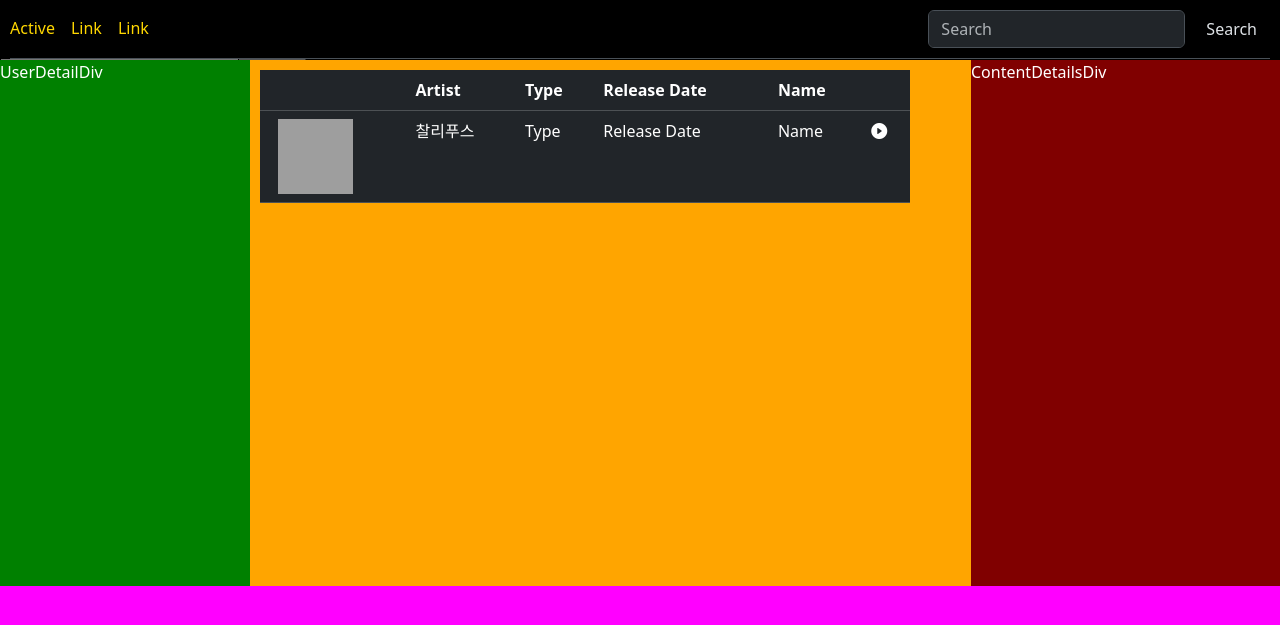
Repository: budflower44/My_Music_Life
Page: http://localhost/my_music_life/WEB-INF/views/mml/main.jsp
The author's editor kept a copy of each file at every save. The page is drawn from the files as they stood at one save, then again after the next save.
The browser window is 1280 px wide. The pictures show the whole page.
Pictures or frames that could not be fetched are drawn as grey boxes. The page is served by Tomcat 9. Nobody is signed in. Other server files are loaded and not shown. The template is opened directly, without the code that normally fills it, so the values that code supplies are empty.

Above is the page before, as saved 2024-02-16 05:35:09.

### my_music_life/src/main/webapp/WEB-INF/views/mml/main.jsp
<%@ page language="java" contentType="text/html; charset=UTF-8"
    pageEncoding="UTF-8"%>
<!DOCTYPE html>
<html>
<head>
<meta charset="UTF-8">
<title>Insert title here</title>
</head>
<link rel="stylesheet" href="https://cdn.jsdelivr.net/npm/bootstrap-icons@1.10.5/font/bootstrap-icons.css">
<link href="https://cdn.jsdelivr.net/npm/bootstrap@5.3.1/dist/css/bootstrap.min.css" rel="stylesheet" integrity="sha384-4bw+/aepP/YC94hEpVNVgiZdgIC5+VKNBQNGCHeKRQN+PtmoHDEXuppvnDJzQIu9" crossorigin="anonymous">
<script src="https://cdn.jsdelivr.net/npm/@popperjs/core@2.11.8/dist/umd/popper.min.js" integrity="sha384-I7E8VVD/ismYTF4hNIPjVp/Zjvgyol6VFvRkX/vR+Vc4jQkC+hVqc2pM8ODewa9r" crossorigin="anonymous"></script>
<script src="https://cdn.jsdelivr.net/npm/bootstrap@5.3.1/dist/js/bootstrap.min.js" integrity="sha384-Rx+T1VzGupg4BHQYs2gCW9It+akI2MM/mndMCy36UVfodzcJcF0GGLxZIzObiEfa" crossorigin="anonymous"></script>
<style>
body{
	background-color : black;
	color: white;
	padding: 0;
	margin: 0;
}
.parentsDiv{
	height: 100vh;
	width: 100vw;
	display: flex;
	flex-direction: column;
}
.HeaderDiv{
	height: 60px;
}
.MidDiv{
	height: calc(100vh - 214px);
	min-height: calc(100vh - 194px);
	display:flex;
}
.FooterDiv{
	background-color: fuchsia;
	height: 154px;
	padding: 0;
	margin: 0;
	position:sticky;
	top: calc(100vh - 214px);
}
.SearchLineDiv{

}
.UserDetailDiv{
	background-color: green;
	width: 250px;
	min-width: 250px;
}
.ContentsDiv{
	background-color: orange;
	width: 100%;
	height:calc(100vw-550px);
	display: flex;
	justify-content: space-between;
	overflow: scroll;
}
.ContentDiv{
	background-color: lime;
	width: 70%;
	height: calc(100vw-550px);
	overflow: scroll;
	align-items: flex-start;
}
.ContentDetailsDiv{
	background-color: maroon;
	width: 30%;
	min-width: 300px;
	height: 100%
}
.MusicBox{
	background-color: navy;
	padding: 0;
	margin: 0;

}
.searchDiv{
	background-color: black;
	width: 650px;
	height: 75px;
	margin: 10px;
}
.searchDiv img{
	margin-left: 10px;
}
.searchDiv span{
	text-align: center;
}
.playIcon {
	display: inline;
}

.navDiv{
	position:sticky;
	padding-left: 10px;
	padding-right: 10px;
}
.nav-link{
	color: gold;
}
.nav-link:hover {
	color: white;
}
.navbar{
	background-color: black;
}
.table{
	max-width: 650px;
}
</style>
<body>
<div class="parentsDiv">
	<div class="HeaderDiv">
		<div class="SearchLineDiv">
				<div class="navDiv">
					<nav class="navbar border-bottom border-body" data-bs-theme="dark">
						<ul class="nav nav-underline justify-content-end">
							<li class="nav-item"><a class="nav-link" aria-current="page" href="#">Active</a></li>
							<li class="nav-item"><a class="nav-link" href="#">Link</a></li>
							<li class="nav-item"><a class="nav-link" href="#">Link</a></li>
						</ul>
						<form class="d-flex" role="search">
        					<input class="form-control me-2 " id="searchKeyword" type="search" placeholder="Search" aria-label="Search">
        					<button class="btn" type="button" id="searchBtn">Search</button>
      					</form>
					</nav>
				</div>
				<input type="text" id="searchKeyword"><button type="button" id="searchBtn">Search</button>
		</div>
	</div>
	<div class="MidDiv">
		<div class="UserDetailDiv">UserDetailDiv</div>
		<div class="ContentsDiv">
			<div class="contentDiv">
				<div class="searchDiv">
				<table id="SearchBox" class="table table-dark table-hover">
					<tr>
						<th></th>
						<th>Artist</th>
						<th>Type</th>
						<th>Release Date</th>
						<th>Name</th>
						<th></th>
					</tr>
					<tr>
						<td>
						<img alt="" src="https://i.scdn.co/image/ab67616d0000b273a3b39c1651a617bb09800fd8" style="height:75px; width:75px; display:inline;">
						</td>
						<td>찰리푸스</td>
						<td>Type</td>
						<td>Release Date</td>
						<td>Name</td>
						<td><i class="bi bi-play-circle-fill"></i></td>
					</tr>
				</table>
				</div>
			</div>
			<div class="ContentDetailsDiv">ContentDetailsDiv</div>
		</div>
	</div>
	<div class="FooterDiv">
		<div class="MusicBox" id="MusicBox"></div>
	</div>
	<div></div>
</div>

<script src="/resources/js/spotifyAPI.js"></script>

</body>
</html>

### my_music_life/src/main/webapp/resources/js/spotifyAPI.js
async function getTokenToServer(){
    try {
        const url = "/mml/token";
        const config = {
            method:'post'
        };
        const resp = await fetch(url, config);
        const result = await resp.text();
        // console.log("getTokenToServer result >> "+result);
        return result;
    } catch (error) {
        console.log(error);
    }
}

async function fetchWebApi(token, keyword) {
    var res1 = encodeURI(keyword);
    console.log(keyword);
    const res = await fetch(`https://api.spotify.com/v1/search?q=${keyword}&type=album%2Ctrack%2Cartist`, {
        headers: {
            Authorization: `Bearer ${token}`,
        },
        method : 'GET'
    });
  const data = await res.json();
  console.log(data);
  return data;
}

async function searchAlbumsDataToServer(searchData){
    try {
        const url = "/mml/search/albums";
        const config = {
            method : 'post',
            headers : {
                'content-type' : 'application/json; charset=utf-8'
            },
            body : JSON.stringify(searchData)
        };
        const resp = await fetch(url, config);
        const result = await resp.text();
        console.log("albums 서버 응답 받음:", result);
        const searchObj =  parseQueryString(result);;
        console.log(searchObj);
        return searchObj;
    } catch (error) {
        console.log(error);
    }
}

async function searchArtistsDataToServer(searchData){
    try {
        const url = "/mml/search/artists"
        const config = {
            method: 'post',
            headers : {
                'content-type' : 'appication/json; charset=utf-8'
            },
            body : JSON.stringify(searchData)
        };
        const resp = await fetch(url, config);
        const result = await resp.text();
        console.log("artists 서버 응답 받음", result);
        const searchObj =  parseQueryString(result);;
        console.log(searchObj);
        return searchObj;
    } catch (error) {
        console.log(error);
    }
}

document.getElementById('searchBtn').addEventListener('click', async ()=>{
    try {
        document.getElementById('SearchBox').innerHTML = "";
        tableFrom();
        const keywordVal = document.getElementById('searchKeyword').value;
        console.log(keywordVal);
        getTokenToServer().then(token=>{
            fetchWebApi(token, keywordVal).then(res =>{
                if(res.albums){
                    searchAlbumsDataToServer(res.albums).then(album =>{
                        console.log(album);
                        for(let i=0; i<res.albums.items.length; i++){
                            let artistsUri = album.artistsUri[i];
                            let artistsName = album.artistsName[i];
                            let albumType = album.albumType[i];
                            let releaseDate = album.releaseDate[i];
                            let name = album.name[i];
                            console.log(artistsUri);
                            console.log(res.albums.items[i].external_urls.spotify);
                            const url = res.albums.items[i].external_urls.spotify;
                            let embedUrl = url.match(/\/album\/(\w+)/)[0];
                            console.log(embedUrl);
                            embedFrom(artistsUri, artistsName, albumType, releaseDate, name, embedUrl);
                        }})
                }
                if(res.artists){
                    for(let i=0; i<res.artists.items.length; i++){
                        console.log(res.artists.items[i].external_urls.spotify);
                        const url = res.artists.items[i].external_urls.spotify;
                        const embedUrl = url.match(/\/artist\/(\w+)/)[0];
                        console.log(embedUrl);
                    }
                }
                if(res.tracks){
                    for(let i=0; i<res.tracks.items.length; i++){
                        console.log(res.tracks.items[i].external_urls.spotify);
                        const url = res.tracks.items[i].external_urls.spotify;
                        const embedUrl = url.match(/\/track\/(\w+)/)[0];
                        console.log(embedUrl);
                    }
                }

            })
        })
    } catch (error) {
        console.log(error);
    }
})

function embedFromPlayer(url){
    document.getElementById('MusicBox').innerHTML += `
    <iframe style="border-radius:12px"
    src="https://open.spotify.com/embed/${url}?utm_source=generator"
    width="100%" height="152" frameBorder="0" allowfullscreen="" allow="autoplay;
    clipboard-write; encrypted-media; fullscreen; picture-in-picture" loading="lazy" >
    </iframe>`;
}

function tableFrom(){
    document.getElementById('SearchBox').innerHTML += `
    <tr>
    <th></th>
    <th>Artist</th>
    <th>Type</th>
    <th>Release Date</th>
    <th>Name</th>
    <th></th>
    </tr>
    `;
}

function embedFrom(artistsUri, artistsName, albumType, releaseDate, name, embedUrl){
    console.log(document.getElementById('MusicBox'));
    document.getElementById('SearchBox').innerHTML += `
    <tr class="PlayMusic">
    <td>
    <img src="${artistsUri}" style="height:75px; width:75px; display:inline;">
    </td>
    <td>${artistsName}</td>
    <td>${albumType}</td>
    <td>${releaseDate}</td>
    <td>${name}</td>
    <td><input type="hidden" value="${embedUrl}"><i class="bi bi-play-circle-fill"></i></td>
    </tr>`;
}

document.addEventListener('click', (e)=>{
    document.getElementById('MusicBox').innerHTML = "";
    console.log(e.target);
    console.log(e.target.closest('tr'));
    let PlayMusicTr = e.target.closest('tr');
    if(PlayMusicTr.classList.contains('PlayMusic')){
        const embedUrl = PlayMusicTr.querySelector('input').value;
        console.log(embedUrl);
        embedFromPlayer(embedUrl);
    }
})

function parseQueryString(ParsingData) {
    const params = new URLSearchParams(ParsingData);
    const result = {};

    // 모든 키-값 쌍을 객체에 추가
    for (const [key, value] of params.entries()) {
        // 만약 이미 같은 키가 있다면 값을 배열로 저장
        if (result.hasOwnProperty(key)) {
            if (Array.isArray(result[key])) {
                result[key].push(value);
            } else {
                // 값이 이미 존재하는데 배열이 아닌 경우, 값을 배열로 변환
                result[key] = [result[key], value];
            }
        } else {
            result[key] = value;
        }
    }

    return result;
}

After the next save:
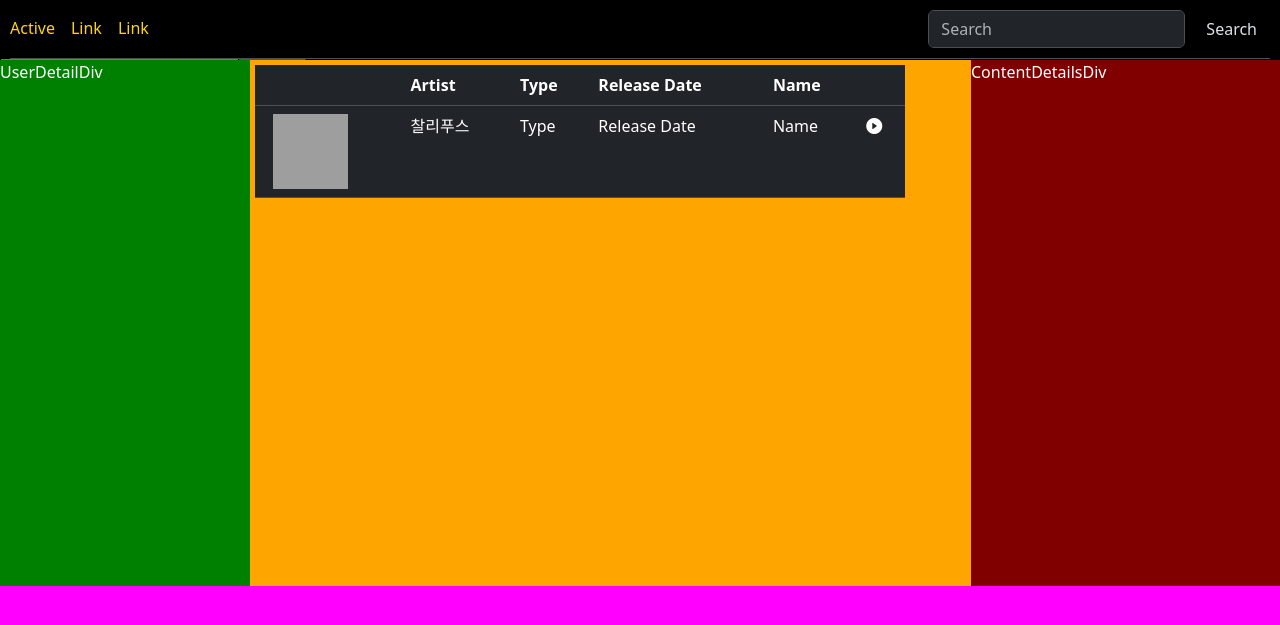
Saved 6 s later.
--- a/my_music_life/src/main/webapp/WEB-INF/views/mml/main.jsp
+++ b/my_music_life/src/main/webapp/WEB-INF/views/mml/main.jsp
@@ -78,7 +78,7 @@ body{
 	background-color: black;
 	width: 650px;
 	height: 75px;
-	margin: 10px;
+	margin: 5px;
 }
 .searchDiv img{
 	margin-left: 10px;
